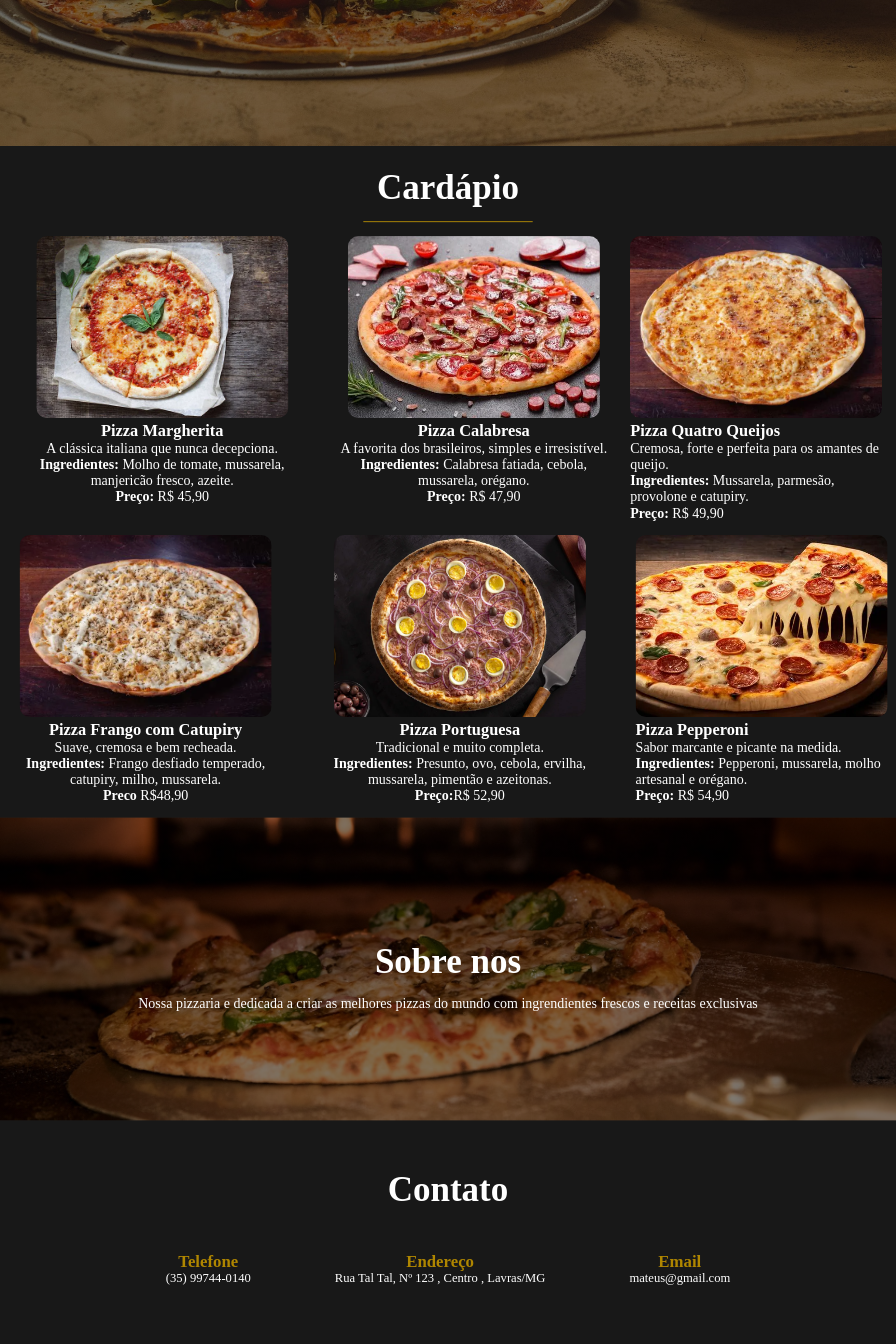
Repository: Mateushlp/landing-page-pizza
Page: index.html
These files come from the project's save history. The page is drawn as it stood at one moment and after the next save; the edit follows.
The browser window is 1280 px wide. The pictures show the part of the page from y = 775 to 2695 px (the page is 3033 px tall), at 70% of full size.

Above is the page before, as saved 2026-05-03 11:35:36.

### index.html
<!DOCTYPE html>
<html lang="en">
<head>
    <meta charset="UTF-8">
    <meta name="viewport" content="width=device-width, initial-scale=1.0">
    <link rel="stylesheet" href="style.css">
    <title>Document</title>
</head>
<body>
    <header>
        <nav>
            <ul>
                <li> <a href="http://"> Home</li></a>
                <li> <a href="http://">Cardapio</li></a>
                <li> <a href="http://">Sobre Nos</li></a>
                <li> <a href="http://">Contato</li></a>
            </ul>
        </nav>
    </header>

    <section class="inicio">
        <div class="texto">
        <h1>Bem vindo à Alessio's</h1>
        <p>Saborosas pizzas feitas </p>
        <button class="btn1">Ver Cardapio</button>
        </div>
    </section>

    <section class="cardapio">
        <h2 class="cardapio1">Cardápio</h2>
    </section>

    <div class="prato">
        <div class="pratos1">
            <img src="./img/margherita-pizza.jpg" alt="">
            <h3>Pizza Margherita</h3>
            <p> A clássica italiana que nunca decepciona. <br>
          <strong>Ingredientes:</strong>  Molho de tomate, mussarela, manjericão fresco, azeite. <br>
        <strong>Preço:</strong> R$ 45,90
    </p>
        </div>
            <div class="pratos2">
                <img src="./img/3140217-pizza-calabresa.jpg" alt="">
                <h3>Pizza Calabresa</h3>
                <p>A favorita dos brasileiros, simples e irresistível. <br>
                <strong>Ingredientes:</strong> Calabresa fatiada, cebola, mussarela, orégano. <br>
                    <strong>Preço:</strong> R$ 47,90
            </p>
            </div>
                <div class="pratos3">
                    <img src="./img/Quatro-Queijos.jpg" alt="">
                    <h3>Pizza Quatro Queijos</h3>
                    <p>Cremosa, forte e perfeita para os amantes de queijo. <br>
                    <strong>Ingredientes:</strong>  Mussarela, parmesão, provolone e catupiry. <br>
                        <strong>Preço: </strong>R$ 49,90
                </p>
                </div>
                </div>

                <div class="prato2">
                <div class="pratos1">
                    <img src="./img/Frango-com-Catupiry-2.jpg" alt="">
                    <h3>Pizza Frango com Catupiry</h3>
                    <p>Suave, cremosa e bem recheada. <br>
                   <strong>Ingredientes:</strong> Frango desfiado temperado, catupiry, milho, mussarela. <br>
                   <strong>Preco </strong> R$48,90
                </p>
                </div>
                <div class="pratos2">
                    <img src="./img/pizza-portuguesa.jpg" alt="">
                    <h3>Pizza Portuguesa</h3>
                    <p>Tradicional e muito completa. <br>
                   <strong>Ingredientes:</strong>  Presunto, ovo, cebola, ervilha, mussarela, pimentão e azeitonas. <br>
                    <strong>Preço:</strong>R$ 52,90
                </p>
                </div>
                <div class="pratos3">
                    <img src="./img/the-pepperoni-pizza-and-a-piece-of-streched-cheese-pizza-with-ai-generated-free-photo.jpg" alt="">
                    <h3>Pizza Pepperoni</h3>
                    <p>Sabor marcante e picante na medida. <br>
                  <strong>Ingredientes:</strong>   Pepperoni, mussarela, molho artesanal e orégano. <br>
                <strong>Preço:</strong> R$ 54,90</p>

                </div>
                </div>
                </div>




    <section class="sobre">
        <div class="sobre1">
        <h2>Sobre nos</h2>
        <p>Nossa pizzaria e dedicada a criar as melhores pizzas do mundo com ingrendientes frescos e receitas exclusivas</p>
    </div>
    </section>

<section id="contato" class="contato">
    <h2>Contato</h2>

    <div class="contato-info">
        <div class="box">
            <h3>Telefone</h3>
            <p>(35) 99744-0140</p>
        </div>

        <div class="box">
            <h3>Endereço</h3>
            <p>Rua Tal Tal, Nº 123 , Centro , Lavras/MG</p>
        </div>

        <div class="box">
            <h3>Email</h3>
            <p>mateus@gmail.com</p>
        </div>
            <div class="box">
                <h3>Hórario de Funcionamento</h3>
                <p>Segunda a Sábado 11h00 às 23h00 - Domingo: 16h00 às 23H00</p>
            </div>
    </div>
</section>
        <div class="pedir">
        <button class="btn2">Peca Agora Mesmo!</button>
        </div>


    <footer>
        <h2>&copy; 2025 Alessio's Pizzaria</h2>
    </footer>

</body>
</html>

### style.css
*{
    margin:0;
    padding: 0;
    box-sizing: border-box;
}
body{
    background-color: #181818;

}

nav ul {
    display: flex;
    gap: 25px;
    list-style: none;
    justify-content: center;
    font-size: 25px;
    padding: 10px;
     background: linear-gradient(to bottom, rgb(00, 0, 0), rgba(0,0,0,0.9));
}

nav ul a{
    text-decoration: none;
    color: #fff;
    margin-top: 10px;
}

nav ul a:hover{
    border-radius: 20px;
    background-color: #00000;
    color: #af8600;
}

.inicio{
     background:
        linear-gradient(rgba(0,0,0,0.5), rgba(0,0,0,0.5)),
        url(./img/background-meio.jpg);
    background-size: cover;
    background-position: center;
    height: 130vh;
}

.texto{
    display: flex;
    flex-direction: column;
    align-items: center;
    color: #fff;
    padding-top: 7%;
    padding-left: 6%;
    font-size: 40px;
}
.texto p{
    font-family: 'Lucida Sans', 'Lucida Sans Regular', 'Lucida Grande', 'Lucida Sans Unicode', Geneva, Verdana, sans-serif;
    font-size: 30px;

}
.btn1{
 background-color: #e2ae01;
 border-radius: 20px;
 font-size: 20px;
 margin-top: 30px;
 padding: 9px;
 cursor:pointer;
}
.btn1:hover{
background-color:#181818;
color: #e2ae01;
}
.cardapio{
    text-align: center;
    padding: 10px;
    font-size: 40px;
    color:#fff;
}
.cardapio1{
    display: inline-block;
    border-bottom: 1px solid #e2ae01;
    padding-top: 20px;
    padding-bottom:20px
}
.prato{
    margin: 10px;
    display: flex;
    gap: 30px;
    font-size: 20px;
    margin-bottom: 20px;
    color:#fff;
}

.prato2{
    margin: 10px;
    display: flex;
    gap: 30px;
    font-size: 20px;
    margin-bottom: 20px;
    color:#fff;
}


.prato img,
.prato2 img {
    width: 50vh;
    height: 260px;
    object-fit: cover;
    border-radius: 15px;

}
.pratos1,
.pratos2 {
    border-radius:20px
    width: 35%;
    text-align: center;
}

.sobre{
    background-image:
    linear-gradient(rgba(0,0,0,0.5), rgba(0,0,0,0.5)),
    url(./img/background.jpg);
    background-size: cover;
    background-position: center;
    height: 60vh; /* AUMENTE a altura */
    display: flex;
    flex-direction: column;
    justify-content: center; /* deixa no meio certinho */
    align-items: center;
    text-align: center;
}
}
.sobre1{
    display: flex;
    align-items: center;
    font-size: 40px;
    flex-direction: column;
    color: #fff;
}
.sobre1 ,h2{
    font-size:50px;
    color:#fff;
    padding:20px
}
.sobre1 p{
    font-size: 20px;
    color:#fff;
}

.contato {
    padding: 50px 0;
    text-align: center;
    color:#fff;
}

.contato-info {
    display: flex;
    justify-content: center;
    gap: 60px;
    margin-top: 20px;
    flex-wrap: wrap;
    color:#fff;
}

.contato-info .box {

    padding: 20px 30px;
    border-radius: 15px;
    color:#fff;

}

.contato-info h3 {
    font-size: 24px;
    color: #af8600;

}

.contato-info p {
    font-size: 18px;
    color:#fff;
}

.pedir{
    display: flex;
    justify-content: center;
    align-items: center;
    text-align: center;
}
.btn2{
     background-color: #e2ae01;
 border-radius: 30px;
 font-size: 20px;
 margin-bottom: 20px;
 padding: 9px;
 cursor:pointer;

}
footer{
      background-color: #181818;
      color: #d4af37;
  text-align: center;
  padding: 20px;
  font-size: 14px;
}

After the next save:
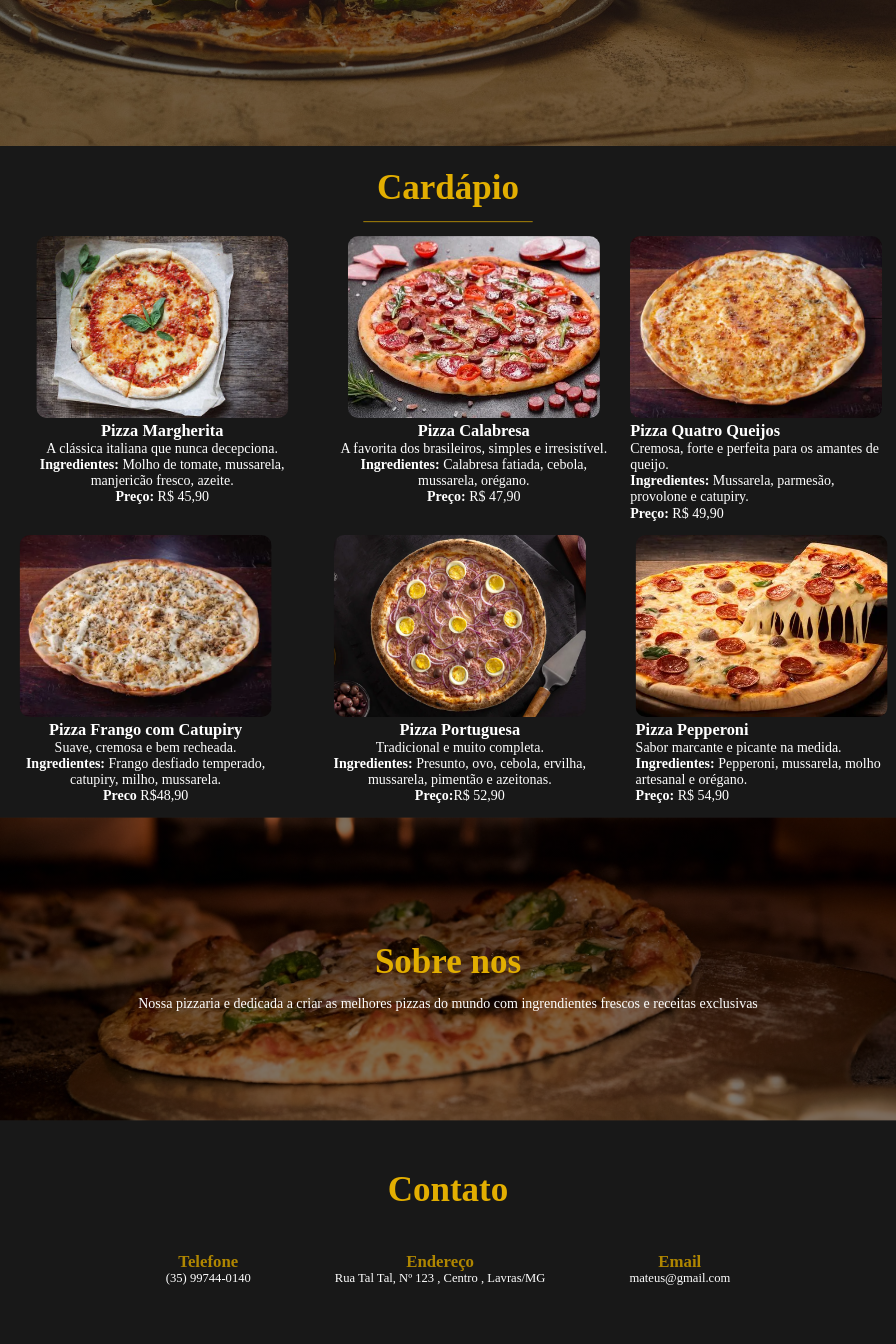
Saved 18 s later.
--- a/style.css
+++ b/style.css
@@ -134,7 +134,7 @@ color: #e2ae01;
 }
 .sobre1 ,h2{
     font-size:50px;
-    color:#fff;
+    color:#e2ae01;
     padding:20px
 }
 .sobre1 p{
